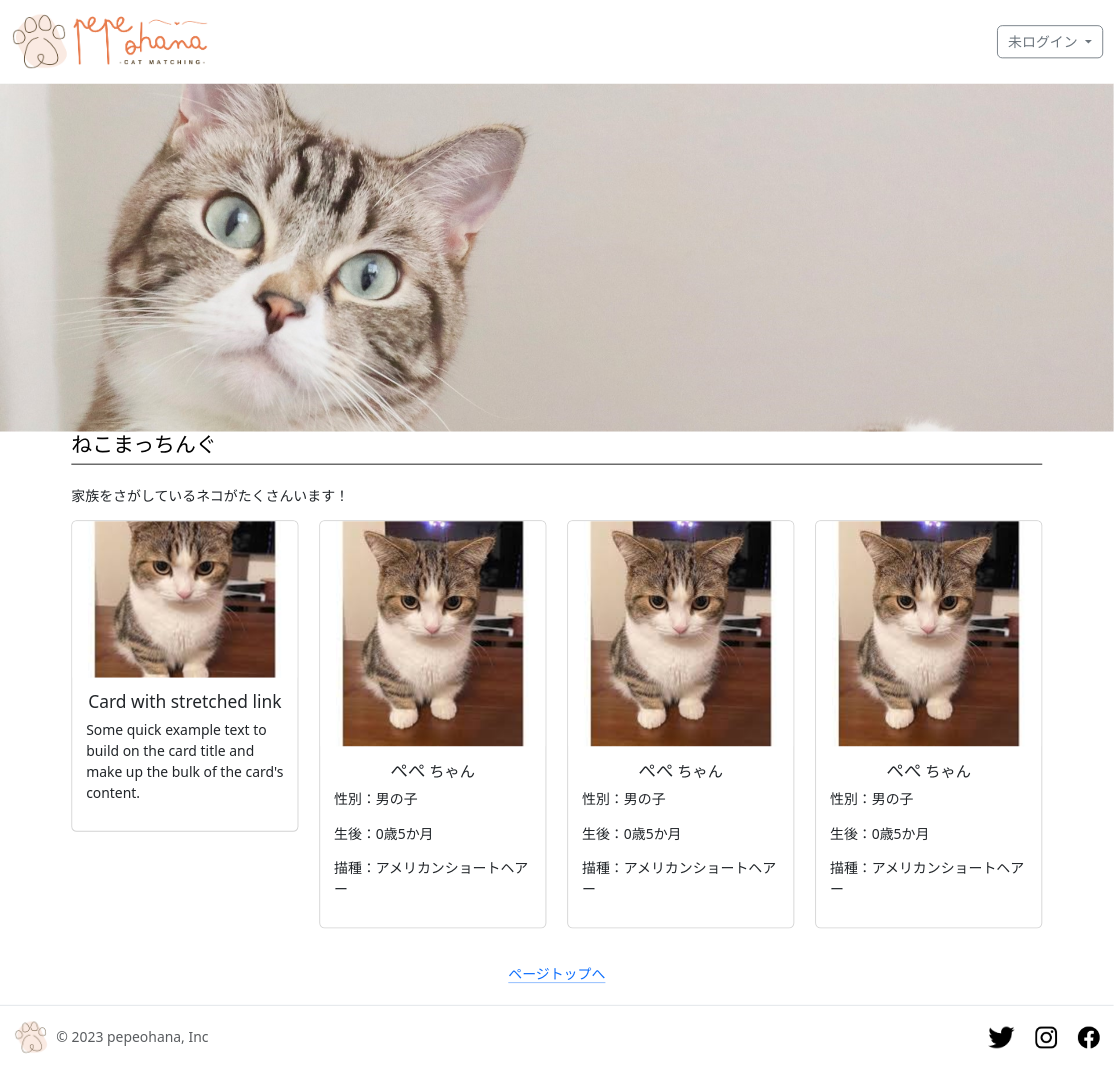
Repository: sakuwell/pepe
Page: http://localhost/PepeOhana/
The author's editor kept a copy of each file at every save. The page is drawn from the files as they stood at one save, then again after the next save.
The browser window is 1280 px wide. The pictures show the whole page, at 87% of full size.
The page is served by Tomcat 9. Other server files are loaded and not shown.

Above is the page before, as saved 2023-09-06 03:09:51.

### ExWorkSpace/PepeOhana/src/main/webapp/index.jsp
<%@ page language="java" contentType="text/html; charset=UTF-8"
    pageEncoding="UTF-8"%>
<%@ page import="model.UsersInfoDto" %>

<!DOCTYPE html>
<html lang="ja">
<head>
    <meta charset="UTF-8">
    <meta name="viewport" content="width=device-width, initial-scale=1.0">
    <!-- Bootstrap CSS -->
    <link href="https://cdn.jsdelivr.net/npm/bootstrap@5.3.0/dist/css/bootstrap.min.css" rel="stylesheet" integrity="sha384-9ndCyUaIbzAi2FUVXJi0CjmCapSmO7SnpJef0486qhLnuZ2cdeRhO02iuK6FUUVM" crossorigin="anonymous">
    <script src="https://cdn.jsdelivr.net/npm/bootstrap@5.3.0/dist/js/bootstrap.bundle.min.js" integrity="sha384-geWF76RCwLtnZ8qwWowPQNguL3RmwHVBC9FhGdlKrxdiJJigb/j/68SIy3Te4Bkz" crossorigin="anonymous"></script>
    <title>Top | pepeohana</title>
</head>

<%
    // セッションを取得
	UsersInfoDto userInfoOnSession = (UsersInfoDto)session.getAttribute("LOGIN_INFO");
	boolean isLoggedIn = false;
	String userName = "";
	//HttpSession mysession = request.getSession(true);

    // セッションが存在し、username属性もセットされている場合はログイン済み
    if (userInfoOnSession != null) {
		userName = userInfoOnSession.getUserName();
        isLoggedIn = true;
    }
%>

<body>
	<% if (isLoggedIn) { %>
    <!-- ログイン済ヘッダー -->
    <nav class="navbar navbar-expand-lg navbar-light bg-white">
        <div class="container-fluid">
            <a class="navbar-brand" href="#">
                <img src="images/pepe_ohana_logo.png" alt="ページロゴ" width="auto" height="70">
            </a>
            <div class="btn-group">
                <button type="button" class="btn btn-secondary dropdown-toggle" data-bs-toggle="dropdown" aria-expanded="false">
                    userName
                </button>
                <ul class="dropdown-menu dropdown-menu-end">
                    <li><a class="dropdown-item" href="<%=request.getContextPath()%>/ExeMyPage">マイページ</a></li>
                    <li><a class="dropdown-item" href="<%=request.getContextPath()%>/ExeLogout">ログアウト</a></li>
                </ul>
            </div>
        </div>
    </nav>
    <!-- ログイン済ヘッダーここまで -->
    <% } else { %>
    <!-- 未ログインヘッダー -->
    <nav class="navbar navbar-expand-lg navbar-light bg-white">
    	<div class="container-fluid">
        	<a class="navbar-brand" href="#">
          		<img src="images/pepe_ohana_logo.png" alt="ページロゴ" width="auto" height="70">
          	</a>
         	<div class="btn-group">
            	<button type="button" class="btn btn-outline-secondary dropdown-toggle" data-bs-toggle="dropdown" aria-expanded="false">
             		 未ログイン
            	</button>
            	<ul class="dropdown-menu dropdown-menu-end">
              		<li><a class="dropdown-item" href="WEB-INF/view/Login.jsp">ログイン</a></li>
              		<li><a class="dropdown-item" href="view/registUser.jsp">新規ユーザー登録</a></li>
            	</ul>
          	</div>
        </div>
    </nav>
    <!-- 未ログインヘッダーここまで -->
    <% } %>


    <!-- ヒーロー画像 -->
    <img class="img-fluid" src="images/hero_1.jpg"  alt="top画像" style="max-height:400px; width:100%; object-fit: cover;">

    <!-- ここから下　ページごとの内容 -->
    <div>
        <!-- 検索フォームゾーン -->
        <div class="container">
            <div class="h4 pb-2 mb-4 text-black border-bottom border-black">
                ねこまっちんぐ
            </div>
                <p>家族をさがしているネコがたくさんいます！</p>
            <!-- 猫カード -->
            <div class="row">
 				<!-- カードのコンテンツ -->
               <!-- カードのコンテンツ -->
               <div class="col-6 col-md-4 col-lg-3">
                    <div class="card mb-3">
                        <img src="images/cat_1.jpg" style="height:180px; width: 100%; object-fit: cover;" class="card-img-top" alt="猫画像">
                        <div class="card-body">
                            <h5 class="card-title text-center">Card with stretched link</h5>
                            <p class="card-text text-right">Some quick example text to build on the card title and make up the bulk of the card's content.</p>
                            <div class="d-flex justify-content-center">
                                <a href="#" class="stretched-link"></a>
                            </div>
                        </div>
                    </div>
                </div>
 				<!-- カードのコンテンツ -->
                <div class="col-6 col-md-4 col-lg-3">
                    <div class="card mb-3">
                        <img src="images/ねこ_1.jpg" class="card-img-top" alt="猫画像" style="width:100%">
                        <div class="card-body">
                            <h5 class="card-title text-center">ぺぺ<small> ちゃん</small></h5>
                            <p class="card-text text-right">性別：男の子</p>
                            <p class="card-text text-right">生後：0歳5か月</p>
                            <p class="card-text text-right">描種：アメリカンショートヘアー</p>
                            <div class="d-flex justify-content-center">
                                <a href="#" class="stretched-link"></a>
                            </div>
                        </div>
                    </div>
                </div>
				<!-- カードのコンテンツ -->
                <div class="col-6 col-md-4 col-lg-3">
                    <div class="card mb-3">
                        <img src="images/ねこ_1.jpg" class="card-img-top" alt="猫画像" style="width:100%">
                        <div class="card-body">
                            <h5 class="card-title text-center">ぺぺ<small> ちゃん</small></h5>
                            <p class="card-text text-right">性別：男の子</p>
                            <p class="card-text text-right">生後：0歳5か月</p>
                            <p class="card-text text-right">描種：アメリカンショートヘアー</p>
                            <div class="d-flex justify-content-center">
                                <a href="#" class="stretched-link"></a>
                            </div>
                        </div>
                    </div>
                </div>
                <!-- カードのコンテンツ -->
                <div class="col-6 col-md-4 col-lg-3">
                    <div class="card mb-3">
                        <img src="images/ねこ_1.jpg" class="card-img-top" alt="猫画像" style="width:100%">
                        <div class="card-body">
                            <h5 class="card-title text-center">ぺぺ<small> ちゃん</small></h5>
                            <p class="card-text text-right">性別：男の子</p>
                            <p class="card-text text-right">生後：0歳5か月</p>
                            <p class="card-text text-right">描種：アメリカンショートヘアー</p>
                            <div class="d-flex justify-content-center">
                                <a href="#" class="stretched-link"></a>
                            </div>
                        </div>
                    </div>
                </div>
            </div>
        </div>
    </div>
    <!-- ここまで　ページごとの内容 -->

    <!-- フッター -->
    <div class="text-center mt-4">
        <a class="icon-link icon-link-hover" href="#">
            ページトップへ
        </a>
	</div>
	<footer class="d-flex flex-wrap justify-content-between align-items-center py-3 my-4 border-top">
    	<div class="col-md-4 d-flex align-items-center ms-3">
        	<a href="#" class="mb-3 me-2 mb-md-0"><img alt="ロゴ画像" src="images/nikukyu_logo.png" width="auto" height="40"></a>
          	<span class="mb-3 mb-md-0 text-body-secondary">© 2023 pepeohana, Inc</span>
        </div>
        <ul class="nav col-md-4 justify-content-end list-unstyled d-flex me-3">
            <li><a href="#"><img src=images/twitter_logo.png width="auto" height="25"></a></li>
            <li class="ms-4"><a href="#"><img src=images/insta_logo.png width="auto" height="25"></a></li>
            <li class="ms-4"><a href="#"><img src=images/facebook_logo.png width="auto" height="25"></a></li>
        </ul>
	</footer>
    <!-- フッター　ここまで -->

</body>
</html>

After the next save:
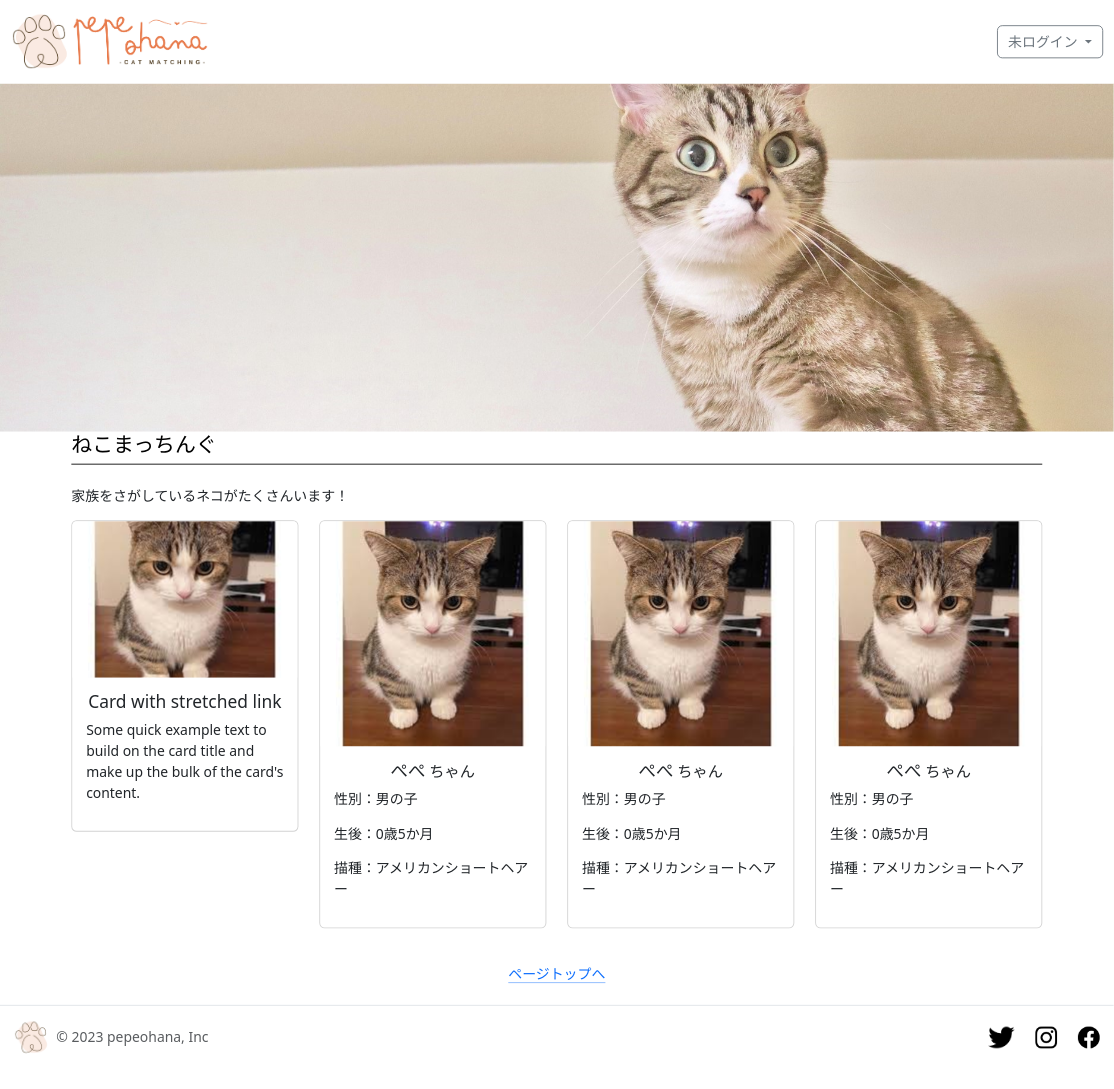
Saved 10 min 16 s later.
--- a/ExWorkSpace/PepeOhana/src/main/webapp/index.jsp
+++ b/ExWorkSpace/PepeOhana/src/main/webapp/index.jsp
@@ -70,7 +70,7 @@
 
 
     <!-- ヒーロー画像 -->
-    <img class="img-fluid" src="images/hero_1.jpg"  alt="top画像" style="max-height:400px; width:100%; object-fit: cover;">
+    <img class="img-fluid" src="images/hero_2.jpg"  alt="top画像" style="max-height:400px; width:100%; object-fit: cover;">
 
     <!-- ここから下　ページごとの内容 -->
     <div>
